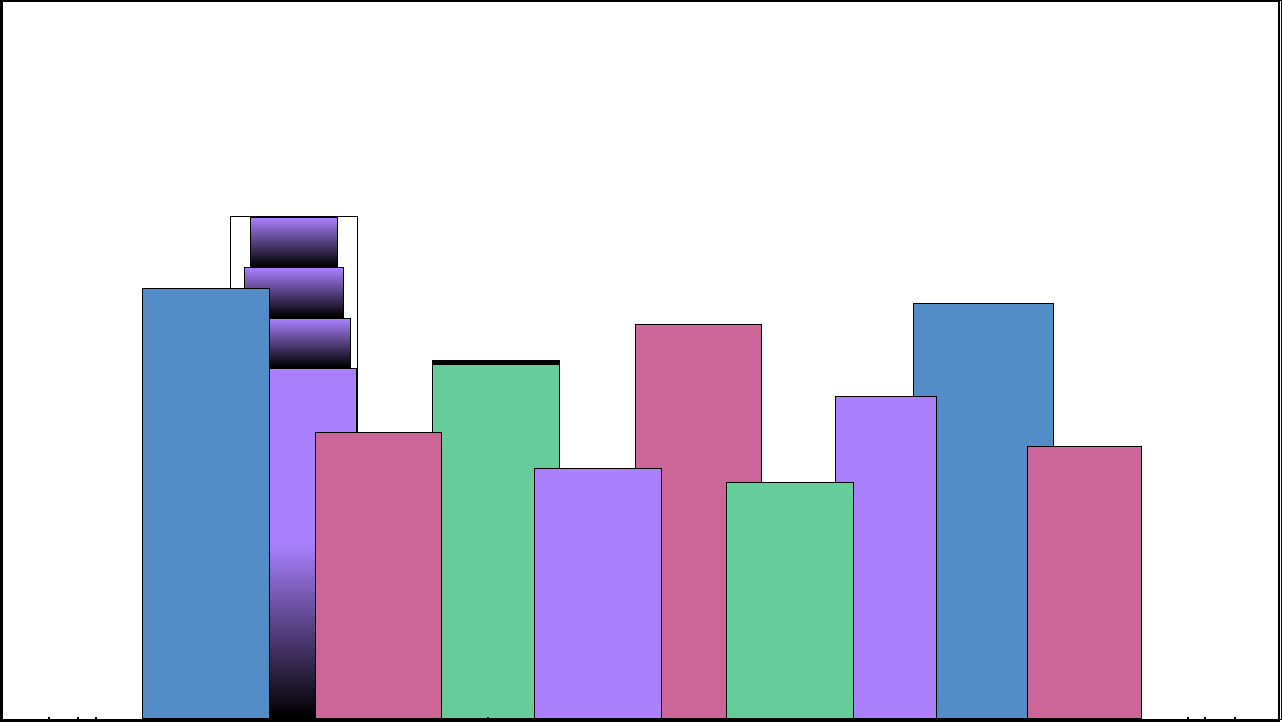
Repository: Lungdjos/city_skyline
Page: index.html
These files come from the project's save history. The page is drawn as it stood at one moment and after the next save; the edit follows.
The browser window is 1280 px wide. The page is 1282 px wide, so the pictures cover 1282 px, including what lies to the right of the window. The pictures show the whole page.

Above is the page before, as saved 2023-12-11 21:07:09.

After the next save:
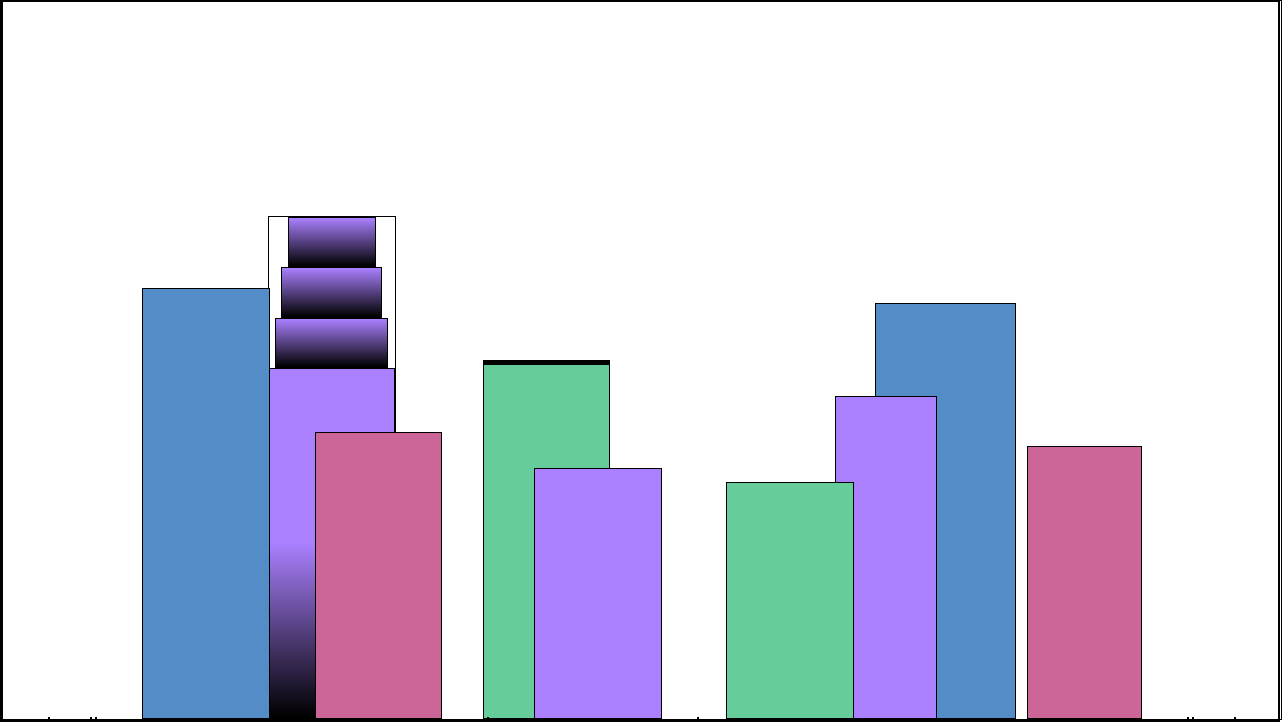
Saved 5 min 45 s later.
--- a/styles.css
+++ b/styles.css
@@ -68,7 +68,7 @@
     background-color: var(--building-color2);
 }
 
-.bb3 {
+. .bb3 {
     width: 10%;
     height: 55%;
     background-color: var(--building-color3);

After the 2 saves that followed:
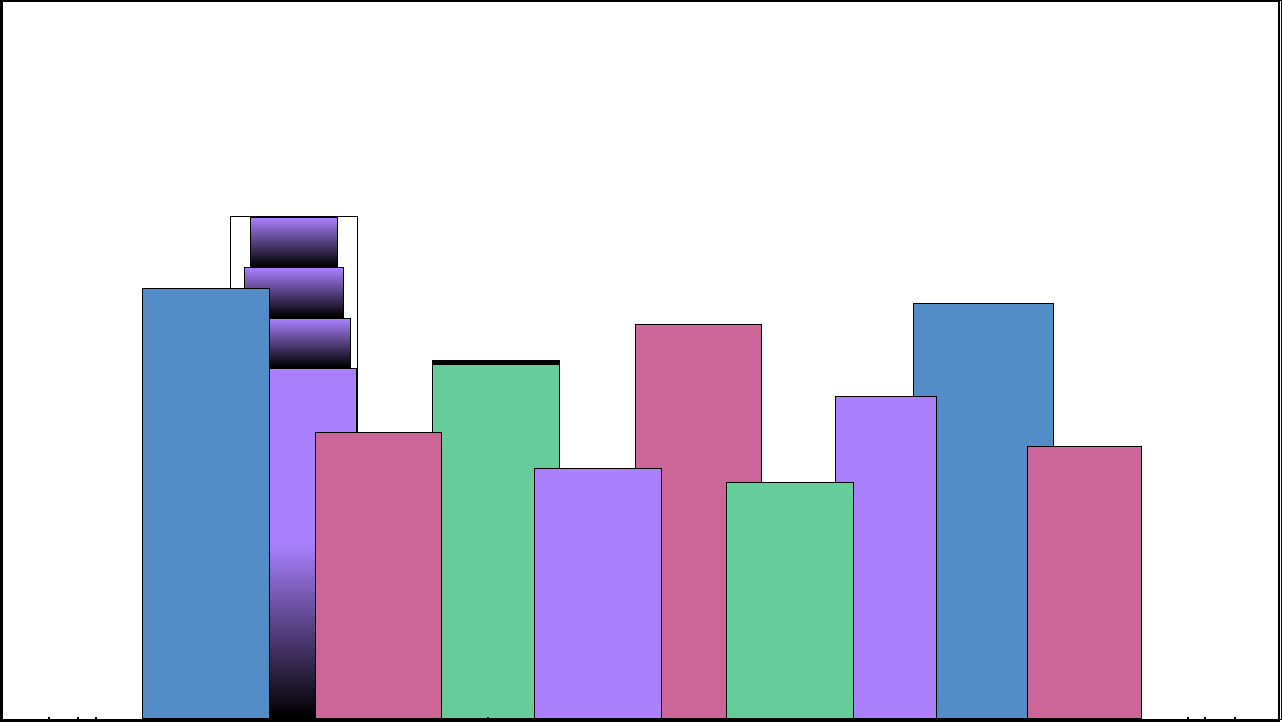
The 2 saves are shown as one change because they came seconds apart.
The last was saved 11 s later.
--- a/styles.css
+++ b/styles.css
@@ -68,7 +68,9 @@
     background-color: var(--building-color2);
 }
 
-. .bb3 {
+.bb2a {}
+
+.bb3 {
     width: 10%;
     height: 55%;
     background-color: var(--building-color3);
